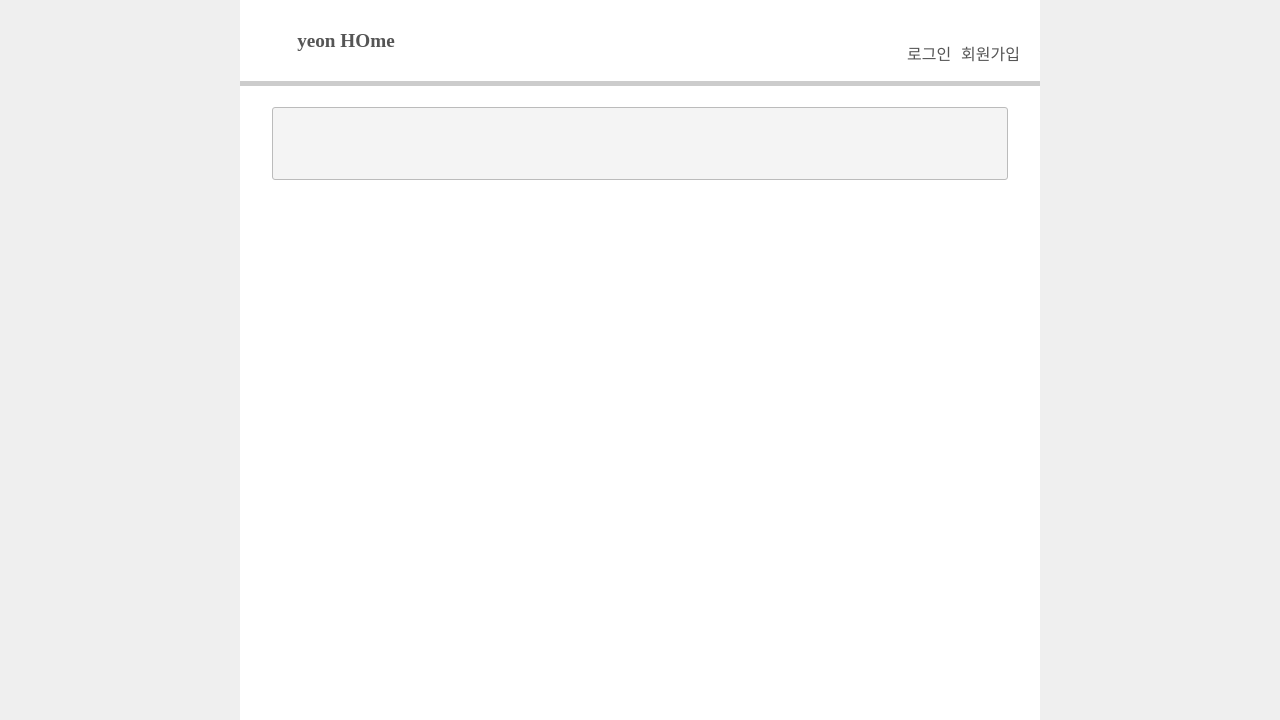
Repository: yeonhwa323/webPro
Page: webPro/src/main/webapp/javascript/days08/ex14.html
These files come from the project's save history. The page is drawn as it stood at one moment and after the next save; the edit follows.
The browser window is 1280 px wide. The pictures show the whole page.
Some web fonts or font styles are not loaded; a fallback is used.

Above is the page before, as saved 2024-04-16 05:53:27.

### webPro/src/main/webapp/javascript/days08/ex14.html
<!DOCTYPE html>
<html>
<head>
<meta charset="UTF-8">
<meta name="viewport" content="width=device-width, initial-scale=1.0">
<title>Insert title here</title>
<link rel="shortcut icon" type="image/x-icon" href="http://localhost/webPro/images/SiSt.ico">
<script src="https://ajax.googleapis.com/ajax/libs/jquery/3.7.1/jquery.min.js"></script>
<link rel="stylesheet" href="http://localhost/webPro/resources/cdn-main/example.css">
<script src="http://localhost/webPro/resources/cdn-main/example.js"></script>
<style>
 span.material-symbols-outlined{
   vertical-align: text-bottom;
 }
</style>
</head>
<body>
<header>
  <h1 class="main"><a href="#" style="position: absolute;top:30px;">yeon HOme</a></h1>
  <ul>
    <li><a href="#">로그인</a></li>
    <li><a href="#">회원가입</a></li>
  </ul>
</header>
<div>
  <xmp class="code">

  </xmp>
</div>
</body>
</html>

### webPro/src/main/webapp/resources/cdn-main/example.css
@charset "UTF-8";

@import url('https://fonts.googleapis.com/css2?family=Material+Symbols+Outlined:opsz,wght,FILL,GRAD@20..48,100..700,0..1,-50..200');

@font-face {
    font-family: 'GmarketSansMedium';
    src: url('https://cdn.jsdelivr.net/gh/projectnoonnu/noonfonts_2001@1.1/GmarketSansMedium.woff') format('woff');
    font-weight: normal;
    font-style: normal;
}

:root {
	--text-color: #555;
	--sub-text-color: #777;
	--back-color: #EFEFEF;
	--header-color: #444;
	--primary-color: #DEDEDE;
	--secondary-color: #EFEFEF;
	--default-width: 800px;
	--narrow-width: 500px;
	--wide-width: 1200px;
	--text-font: 'GmarketSansMedium';
	--icon-font: 'Material Symbols Outlined';
	--border-color: #CCC;
}

html, body {
	margin: 0;
	padding: 0;
}

html {
	background-color: var(--back-color);
	display: flex;
	justify-content: center;
	min-height: 100vh;
}

body, body.default {
	width: var(--default-width);
	background-color: white;
	padding-bottom: 120px;
}

body.wide {
	width: var(--wide-width);
}

body.narrow {
	width: var(--narrow-width);
}



body, p, div, span, a, input, select, option, textarea, button, table, th, td, label, fieldset, legend {
	font-family: var(--text-font);
	color: var(--text-color);
}

h1, h2, h3 {
	font-family: var(--text-font);
	color: var(--header-color);
	padding: 0 1rem;
	padding-top: .5rem;
}

div > h1, div > h2, div > h3 {
	padding: 0;
}

body > div, body > main > div {
	padding: 0.3rem 1rem;
}


h1 { font-size: 2rem; border-bottom: 1px solid var(--border-color); }
h1 small { font-size: 1.2rem; color: var(--sub-text-color); }
h2 { font-size: 1.5rem; border-bottom: 1px dashed var(--border-color); }
h2 small { font-size: 1.1rem; color: --sub-text-color; }
h3 { font-size: 1.2rem; }
h3 small { font-size: 1rem; color: --sub-text-color; }



h1.main::before {
	font-family: var(--icon-font);
  	content: '\e666';
  	margin-right: 10px;
  	float: left;
	font-size: 2.5rem;
}

h1.sub::before {
	font-family: var(--icon-font);
  	content: '\ea19';
  	margin-right: 10px;
  	float: left;
	font-size: 2.5rem;
}


h1.page::before {
	font-family: var(--icon-font);
  	content: '\e0e0';
  	margin-right: 10px;
  	float: left;
	font-size: 2.5rem;
}

body > header > ul > li > .active{
	background-color: #FFF;
	color:#F00;
}

body > header {
	display: flex;
	justify-content: space-between;
	border-bottom: 5px solid var(--border-color);
	min-height: 74px;
	background-color: #FFF;
}

body > header.sticky {
	position: sticky;
	top: 0;
	z-index: 98;
}

body > header > h1 {
	font-size: 1.2rem;
	border: 0;
}

body > header.in > h1::before {
	font-family: var(--icon-font);
  	content: '\e332‥';
  	margin-right: 3px;
  	float: left;
	font-size: 2rem;
}


body > header > ul {
	list-style-type: none;
	display: flex;
	align-items: flex-end;
	margin-right: 10px;
}

body > header > ul > li {
	margin-right: 10px;
	cursor: pointer;
}

body > header > ul > li > a {
	cursor: pointer;
}


form {
	display: block;
}

form > div {
	padding: 0.3rem 1rem;
}

div > form > div {
	padding: 0.3rem 0;
}

input, textarea, button, select {
	border: 1px solid #BBB;
	border-radius: 3px;
	outline: none;
	resize: none;
	padding: 7px;
	margin: 0;
}

input[type=text]:read-only, textarea:read-only {
	cursor: not-allowed;
	background-color: #FFF;
}

input[type=text]:disabled, textarea:disabled {
	cursor: not-allowed;
	background-color: #EEE;
}

input[type=text], input[type=password], textarea, button, select {
	/* width: 300px; */
}

textarea {
	display: block;
	height: 100px;
}

input[type=button], input[type=submit], button {
	/* width: inherit; */
}

input.short, textarea.short, button.short, select.short {
	width: 100px;
}

input.long, textarea.long, button.long, select.long {
	width: 350px;
}

.narrow input.long, .narrow textarea.long, .narrow button.long, .narrow select.long {
	width: calc(100% - 20px);
}

input.full, textarea.full, button.full, select.full {
	width: calc(100% - 20px);
}

textarea.short {
	height: 50px;
}

textarea.long {
	height: 100px;
}

textarea.full {
	height: 200px;
}

input, textarea {
	padding-top: 8px;
}

input[type=button], input[type=submit], button {
	padding: 5px 10px;
	background-color: var(--secondary-color);
	cursor: pointer;
	min-height: 36px;
}

input[type=button].primary, input[type=submit].primary, button.primary {
	/* background-color: rgba(100, 149, 237, .2); */
	background-color: var(--primary-color);
}

input[type=button].primary:hover, input[type=submit].primary:hover, button.primary:hover {
	/* background-color: rgba(100, 149, 237, .3); */
	background-color: var(--secondary-color);
}

input[type=button]:hover, input[type=submit]:hover, button:hover {
	background-color: var(--primary-color);
}

button {
	position: relative;
	left: 0;
	top: 0;
	padding-left: 35px;
}

button .material-symbols-outlined {
	position: absolute;
	left: 10px;
	top: 4px;
}

/* k2nik add */
button.login::before {
	font-family: var(--icon-font);
  	content: '\ea77';
	position: absolute;
	left: 11px;
	top: 4px;
	font-size: 1.25rem;
}

/* k2nik logout */
button.logout::before {
	font-family: var(--icon-font);
  	content: '\e9ba';
	position: absolute;
	left: 11px;
	top: 4px;
	font-size: 1.25rem;
}

/* k2nik help */
button.help::before {
	font-family: var(--icon-font);
  	content: '\f1c0';
	position: absolute;
	left: 11px;
	top: 4px;
	font-size: 1.25rem;
}

button.add::before{
	font-family: var(--icon-font);
  	content: '\e746';
	position: absolute;
	left: 11px;
	top: 4px;
	font-size: 1.25rem;
}

button.back::before {
	font-family: var(--icon-font);
  	content: '\e166';
	position: absolute;
	left: 11px;
	top: 4px;
	font-size: 1.25rem;
}

button.list::before {
	font-family: var(--icon-font);
  	content: '\e0ee';
	position: absolute;
	left: 11px;
	top: 4px;
	font-size: 1.25rem;
}


button.del::before {
	font-family: var(--icon-font);
  	content: '\e872';
	position: absolute;
	left: 11px;
	top: 4px;
	font-size: 1.25rem;
}


button.edit::before {
	font-family: var(--icon-font);
  	content: '\e745';
	position: absolute;
	left: 11px;
	top: 4px;
	font-size: 1.25rem;
}


button.login::before {
	font-family: var(--icon-font);
  	content: '\ea77';
	position: absolute;
	left: 11px;
	top: 4px;
	font-size: 1.25rem;
}


button.logout::before {
	font-family: var(--icon-font);
  	content: '\e9ba';
	position: absolute;
	left: 11px;
	top: 4px;
	font-size: 1.25rem;
}


button.in::before {
	font-family: var(--icon-font);
  	content: '\f71a';
	position: absolute;
	left: 11px;
	top: 4px;
	font-size: 1.25rem;
}


button.out::before {
	font-family: var(--icon-font);
  	content: '\f70e';
	position: absolute;
	left: 11px;
	top: 4px;
	font-size: 1.25rem;
}


button.reply::before {
	font-family: var(--icon-font);
  	content: '\e15e';
	position: absolute;
	left: 11px;
	top: 4px;
	font-size: 1.25rem;
}


button.comment::before {
	font-family: var(--icon-font);
  	content: '\e0b9';
	position: absolute;
	left: 11px;
	top: 4px;
	font-size: 1.25rem;
}


button.modal::before {
	font-family: var(--icon-font);
  	content: '\e89e';
	position: absolute;
	left: 11px;
	top: 4px;
	font-size: 1.25rem;
}


button.ok::before {
	font-family: var(--icon-font);
  	content: '\e86c';
	position: absolute;
	left: 11px;
	top: 4px;
	font-size: 1.25rem;
}


button.cancel::before {
	font-family: var(--icon-font);
  	content: '\e5c9';
	position: absolute;
	left: 11px;
	top: 4px;
	font-size: 1.25rem;
}

button.search::before {
	font-family: var(--icon-font);
  	content: '\e8b6';
	position: absolute;
	left: 11px;
	top: 4px;
	font-size: 1.25rem;
}

button.home::before {
	font-family: var(--icon-font);
  	content: '\e88a';
	position: absolute;
	left: 11px;
	top: 4px;
	font-size: 1.25rem;
}


button.sidebar::before {
	font-family: var(--icon-font);
  	content: '\f7e4';
	position: absolute;
	left: 11px;
	top: 4px;
	font-size: 1.25rem;
}


button.sidebar-right::before {
	font-family: var(--icon-font);
  	content: '\f7e5';
	position: absolute;
	left: 11px;
	top: 4px;
	font-size: 1.25rem;
}




button::before {
	font-family: var(--icon-font);
  	content: '\e323';
	position: absolute;
	left: 11px;
	top: 4px;
	font-size: 1.25rem;
}


table {
	border-collapse: collapse;
	margin: 1rem;
	box-sizing: border-box;
	width: calc(100% - 32px);
}

table.content {
	width: auto;
}

div > table {
	margin: 0;
}

table th, table td {
	border: 1px solid var(--border-color);
	padding: 7px;
	font-weight: normal;
}

table th {
	background-color: var(--back-color);
}

table.vertical th {
	width: 150px;
}

table.vertical td {
	width: calc(100% - 182px);
	padding-left: 10px;
}

table.content td, table.content th {
	width: auto;
}

body.narrow table.vertical th {
	width: 100px;
}

body.narrow table.vertical td {
	width: calc(100% - 182px);
}


table + table {
	margin-top: 30px;
}


p {
	padding: 0 1rem;
}

a {
	text-decoration: none;
}

a:hover {
	color: rgba(255, 99, 71, .7);
}

hr {
	border: 0;
	border-top: 1px solid var(--border-color);
	margin: 2rem 0;
}

.message {
	border: 1px solid var(--border-color);
	background-color: #EFEFEF;
	margin: 1rem;
	width: auto;
	padding-top: 10px;
	padding-bottom: 10px;
	font-size: 14px;
}

.message[title]::before {
	content: attr(title);
	display: block;
	border-bottom: 1px solid var(--border-color);
	padding-bottom: 5px;
	margin-bottom: 10px;
	margin-top: 7px;
}

.message.short {
	max-width: 250px;
}

.message.long {
	max-width: 500px;
}

.badge {
	float: right;
	font-size: .8rem;
	margin-top: 2px;
	margin-right: 2px;
	text-shadow: 0 0 7px gray;
}

.badge.left {
	float: none;
	margin-left: 2px;
}

.badge.right {
	float: right;
}

.badge.red {
	border-radius: 50%;
	padding: 2px 5px;
	background-color: rgb(255, 99, 71, .3);
}

.badge.yellow {

	border-radius: 50%;
	padding: 2px 5px;
	background-color: rgb(255, 215, 0, .5);
}

.badge.blue {
	border-radius: 50%;
	padding: 2px 5px;
	background-color: rgb(100, 149, 237, .3);
}

label + label {
	margin-left: 7px;
}

label input[type=checkbox], label input[type=radio] {
	transform: translate(0, 1px);
}

.group {
	display: flex;
}

.modal-content .group {
	margin-bottom: .5rem;
}

.group label {
	border: 1px solid #BBB;
	border-radius: 3px;
	outline: none;
	resize: none;
	padding: 7px 14px;
	margin: 0;
	border-top-right-radius: 0;
	border-bottom-right-radius: 0;
	background-color: #EFEFEF;
	white-space: nowrap;
	font-size: 14px;
}

.group input[type=text] {
	margin-left: -1px;
	border-top-left-radius: 0;
	border-bottom-left-radius: 0;
}

.group select {
	margin-left: -1px;
	border-top-left-radius: 0;
	border-bottom-left-radius: 0;
}

.group input.full[type=text] {
	margin-left: -1px;
	border-top-left-radius: 0;
	border-bottom-left-radius: 0;
	width: 100%;
}

.group input[type=button]:first-child, .group button:first-child {
	border-top-left-radius: 3px;
	border-bottom-left-radius: 3px;
	margin-left: 0px;
}

.group input[type=button], .group button {
	border-radius: 0;
	margin-left: -1px;
}

.group input[type=button]:last-child, .group button:last-child {
	margin-left: -1px;
	border-top-right-radius: 3px;
	border-bottom-right-radius: 3px;
}

.seperate {
	display: flex;
	justify-content: space-between;
}

div.list {
	width: max-content;
	margin: 1rem;
	border: 1px solid #BBB;
	border-radius: 3px;
	padding: 0;
}

div.list.full {
	width: auto;
	display: block;
	margin: 1rem;
	border: 1px solid #BBB;
	border-radius: 3px;
	padding: 0;
}

div.list > div {
	padding: .5rem 1rem;
	margin: 0;
	border-bottom: 1px solid #BBB;
}

div.list > div:last-child {
	border-bottom: 0;
}

pre.code , xmp.code{
	font-family: consols;
	background-color: rgba(150, 150, 150, .1);
	border: 1px solid #BBB;
	border-radius: 3px;
	padding: .5rem 1rem;
	padding-bottom: .6rem;
	margin: 1rem;
}




*[data-modal-window] {
	position: fixed;
	background-color: rgba(0, 0, 0, .3);
	left: 0;
	top: 0;
	display: none;
	justify-content: center;
	align-items: flex-start;
	width: 100%;
	min-height: 100vh;
	z-index: 100;
	opacity: 0;
	transition: 500ms all;
}

*[data-modal-window] .modal-container {
	border-radius: 5px;
	padding: 1rem;
	padding-bottom: .5rem;
	margin-top: -500px;
	opacity: 0;
	width: 500px;
	background-color: #FFF;
	margin-right: 2rem;
	transition: 500ms all;
}

*[data-modal-size=content] .modal-container {
	width: auto;
}

*[data-modal-size=narrow] .modal-container {
	width: 300px;
}

*[data-modal-size=wide] .modal-container {
	width: 760px;
}


*[data-modal-window] .modal-header {
	border-bottom: 1px solid var(--border-color);
	padding: 2px 5px;
}

*[data-modal-window] .modal-content {
	padding: 1rem 5px;
}

*[data-modal-window] .modal-content div:last-child {
	margin-top: 1rem;
	text-align: right;
}



*[data-sidebar-window] {
	position: fixed;
	background-color: #FFF;
	left: 0;
	top: 0;
	display: block;
	width: 300px;
	border-right: 1px solid var(--border-color);
	box-sizing: border-box;
	box-shadow: 0 0 3px var(--back-color);
	min-height: 100vh;
	z-index: 99;
	transform: translate(-300px, 0);
	transition-duration: 500ms;
	transition-property: transform;
}

*[data-sidebar-direction=right] {
	left: auto;
	right: 0;
	transform: translate(300px, 0);
	border-left: 1px solid var(--border-color);
}

*[data-sidebar-size=wide] {
	width: 500px;
	transform: translate(-500px, 0);
}

*[data-sidebar-window] .sidebar-title {
	border-bottom: 1px solid var(--border-color);
	margin-top: 20px;
	margin-bottom: 20px;
	padding-bottom: 5px;
	display: flex;
	justify-content: space-between;
}

*[data-sidebar-window] .sidebar-title span:last-child {
	cursor: pointer;
}


/* K2Nik pagination */
.center {
  text-align: center;
}

.pagination {
  display: inline-block;
}

.pagination a {
  color: black;
  float: left;
  padding: 3px 6px;
  text-decoration: none;
  transition: background-color .3s;
  border: 1px solid #ddd;
  margin: 0 3px;
}

.pagination a.active {
  background-color: #4CAF50;
  color: white;
  border: 1px solid #4CAF50;
}

.pagination a:hover:not(.active) {background-color: #ddd;}

### webPro/src/main/webapp/resources/cdn-main/example.js

window.onload = () => {

    const list = document.querySelectorAll('input, textarea');

    list.forEach(item => {
        item.setAttribute('autocomplete', 'off');
    });


    const modal_btn_list = document.querySelectorAll('*[data-modal-button]');

    modal_btn_list.forEach(item => {
        item.onclick = function() {

            const name = this.dataset['modalButton'];
            const modal_window = document.querySelector('*[data-modal-window=' + name);

            const container = document.createElement('div');
            container.className = 'modal-container';



            const modal_header = document.createElement('div');
            modal_header.textContent = modal_window.dataset['modalTitle'];
            modal_header.className = 'modal-header';
            container.appendChild(modal_header);

            const modal_content = document.createElement('div');
            modal_content.className = 'modal-content';
            container.appendChild(modal_content);

            Array.from(modal_window.childNodes).forEach(item => {
                modal_content.appendChild(item);
            });

            modal_window.appendChild(container);

            modal_window.style.display = 'flex';

            setTimeout(() => {
                modal_window.style.opacity = 1;
                container.style.marginTop = '20px';
                container.style.opacity = 1;
            }, 50);


            const modal_ok = document.querySelector('*[data-modal-ok=' + name);
            modal_ok.addEventListener('click', function() {
                modal_window.style.opacity = 0;
                container.style.marginTop = '-500px';
                container.style.opacity = 0;

                setTimeout(() => {
                    modal_window.innerHTML = modal_content.innerHTML;
                    modal_window.style.display = 'none';
                }, 500);

            });

            const modal_cancel = document.querySelector('*[data-modal-cancel=' + name);
            modal_cancel.addEventListener('click', function() {

                modal_window.style.opacity = 0;
                container.style.marginTop = '-500px';
                container.style.opacity = 0;

                setTimeout(() => {
                    modal_window.innerHTML = modal_content.innerHTML;
                    modal_window.style.display = 'none';
                }, 500);
            });


        };
    });


    const sidebar_btn_list = document.querySelectorAll('*[data-sidebar-button]');

    sidebar_btn_list.forEach(item => {
        item.onclick = function() {



            const name = this.dataset['sidebarButton'];
            const sidebar_window = document.querySelector('*[data-sidebar-window=' + name);

            if (sidebar_window.style.transform == 'translate(0px, 0px)') return;



            sidebar_window.style.transform = 'translate(0, 0)';

            const sidebar_title = document.createElement('div');
            sidebar_title.className = 'sidebar-title';
            sidebar_title.innerHTML = '<span>' + sidebar_window.dataset['sidebarTitle'] + '</span><span class="material-symbols-outlined">close</span>';

            sidebar_title.children[1].onclick = function() {

                let sign = 1;
                let distance = 300;

                if (sidebar_window.dataset['sidebarDirection'] != 'right') {
                    sign = -1;
                } else {
                    sign = 1;
                }

                if (sidebar_window.dataset['sidebarSize'] != 'wide') {
                    distance = 300;
                } else {
                    distance = 500;
                }

                distance *= sign;

                sidebar_window.style.transform = 'translate(' + distance + 'px, 0)';

                setTimeout(function() {
                    sidebar_window.removeChild(sidebar_window.children[0]);
                }, 500);
            };


            sidebar_window.prepend(sidebar_title);

        }
    });

};

// window.onkeydown = function(event) {

//     if (event.keyCode == 27) {
//         if (document.querySelector('[data-modal-window').style.display == 'flex') {
//             document.querySelector('[data-modal-window').style.display = 'none';
//         }
//     }

// };

After the next save:
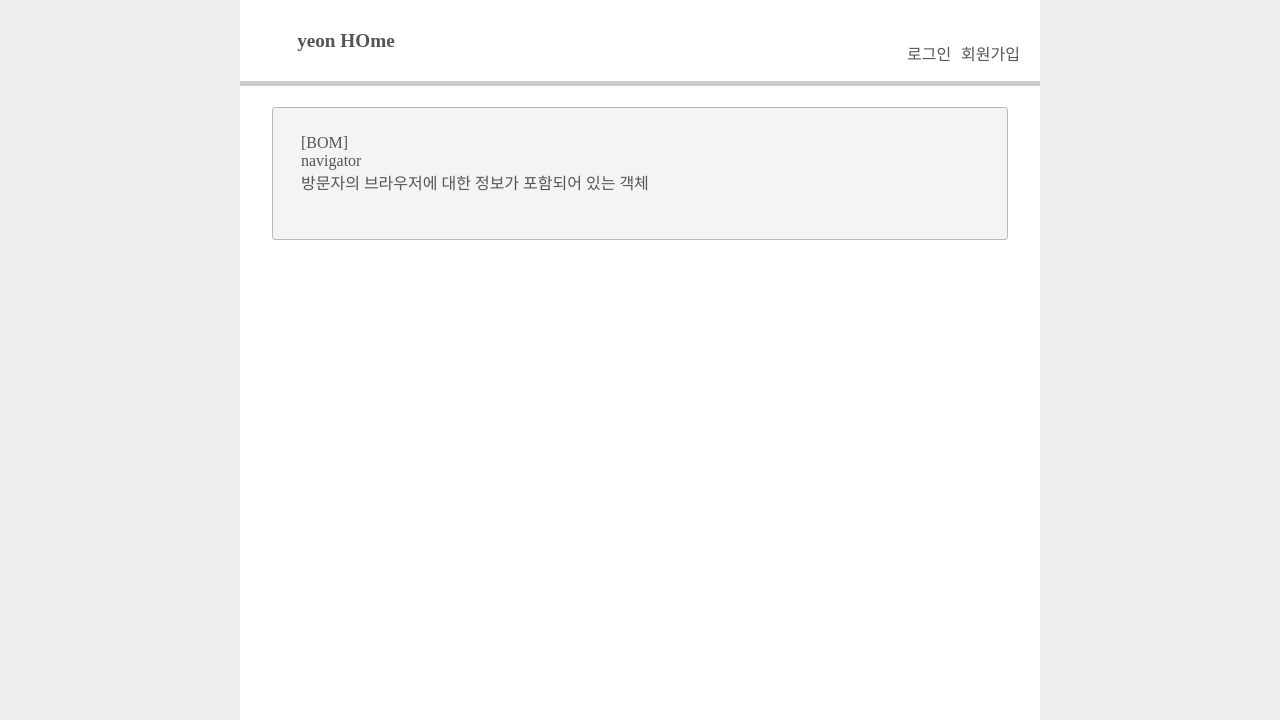
Saved 12 min 1 s later.
--- a/webPro/src/main/webapp/javascript/days08/ex14.html
+++ b/webPro/src/main/webapp/javascript/days08/ex14.html
@@ -24,8 +24,22 @@
 </header>
 <div>
   <xmp class="code">
+   [BOM]
+   navigator
+   방문자의 브라우저에 대한 정보가 포함되어 있는 객체
 
   </xmp>
 </div>
+
+<script>
+  // 브라우저 응용 프로그램 이름
+  console.log( `${navigator.appName}<br>`);
+  console.log( `${navigator.appName}<br>`);
+  console.log( `${navigator.appName}<br>`);
+  console.log( `${navigator.appName}<br>`);
+  console.log( `${navigator.appName}<br>`);
+  console.log( `${navigator.appName}<br>`);
+</script>
+
 </body>
 </html>
